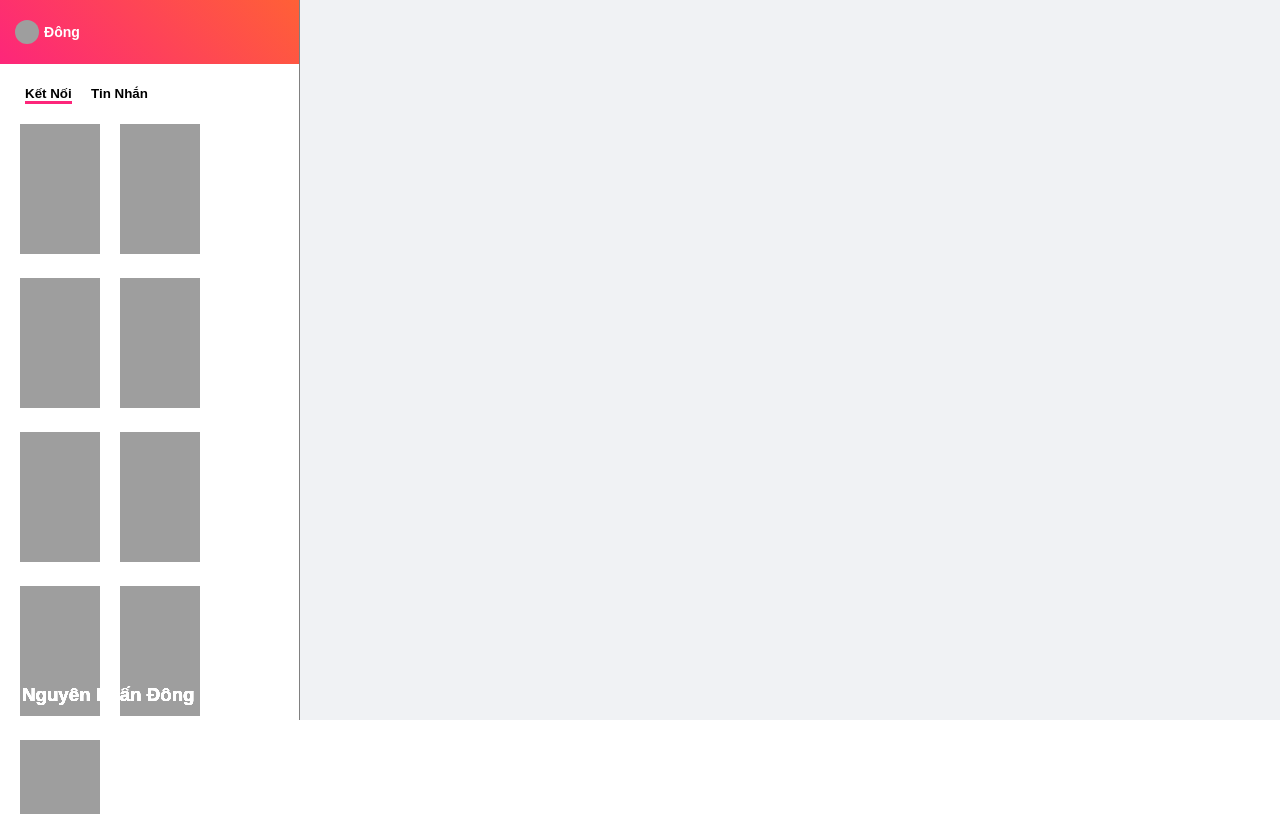
Repository: conquy2002/T2009A
Page: Project RobinTinder/website/index.html
An editor plug-in stored every save of this project. The page is shown before and after the next save, followed by the edit.
The browser window is 1280 px wide. The pictures show the whole page.
Pictures or frames that could not be fetched are drawn as grey boxes.

Above is the page before, as saved 2022-01-07 09:47:55.

After the next save:
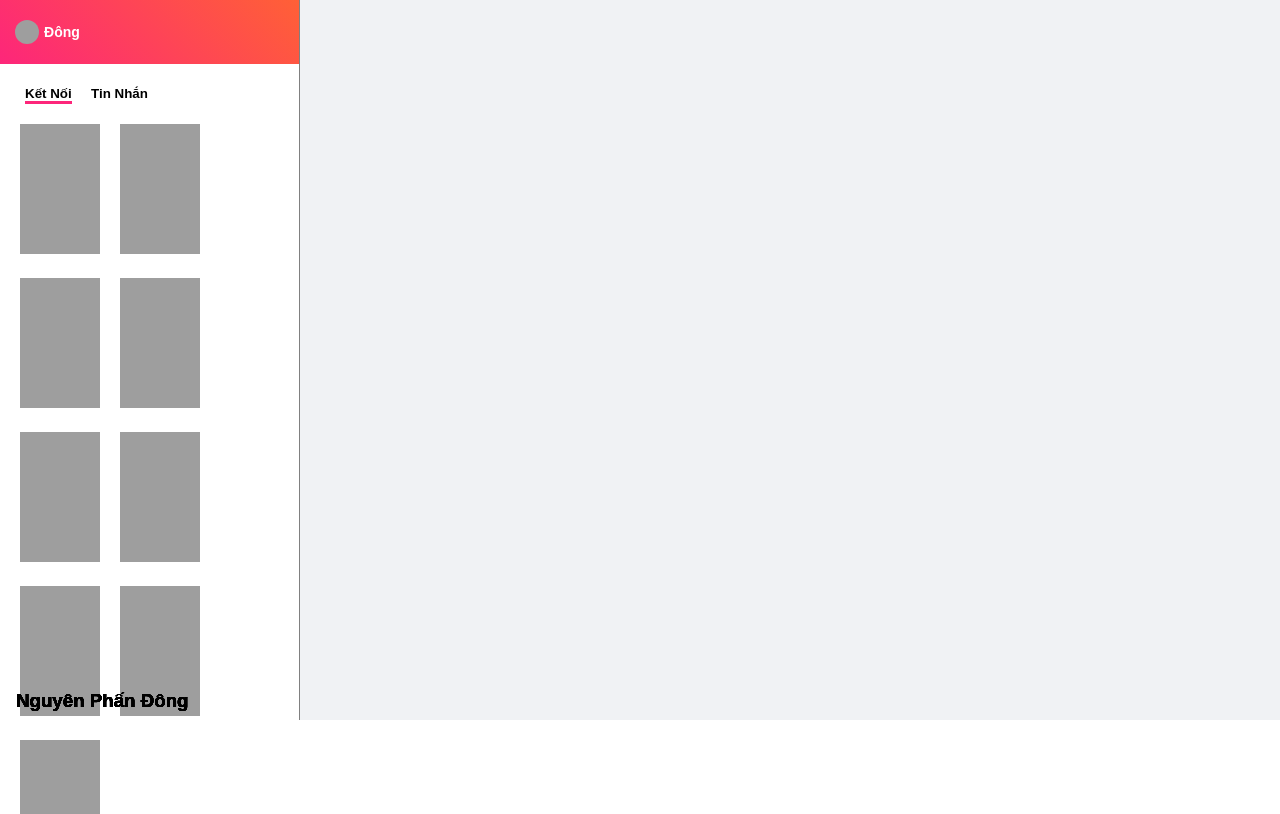
Saved 11 s later.
--- a/Project RobinTinder/website/css/style.css
+++ b/Project RobinTinder/website/css/style.css
@@ -85,18 +85,13 @@
     margin: 10px;
 }
 .nav__content-main .connection .connection_span{
-    width: 90%;
-    white-space: pre-wrap;
-    position: absolute;
-    left: 6px;
-    bottom: 6px;
-    color: #fff;
-}
-.nav__content-main .connection .connection_span h3{
     position: absolute;
     bottom: 8px;
     left: 16px;
 }
+.nav__content-main .connection .connection_span h3{
+
+}
 .content{
 
 }
